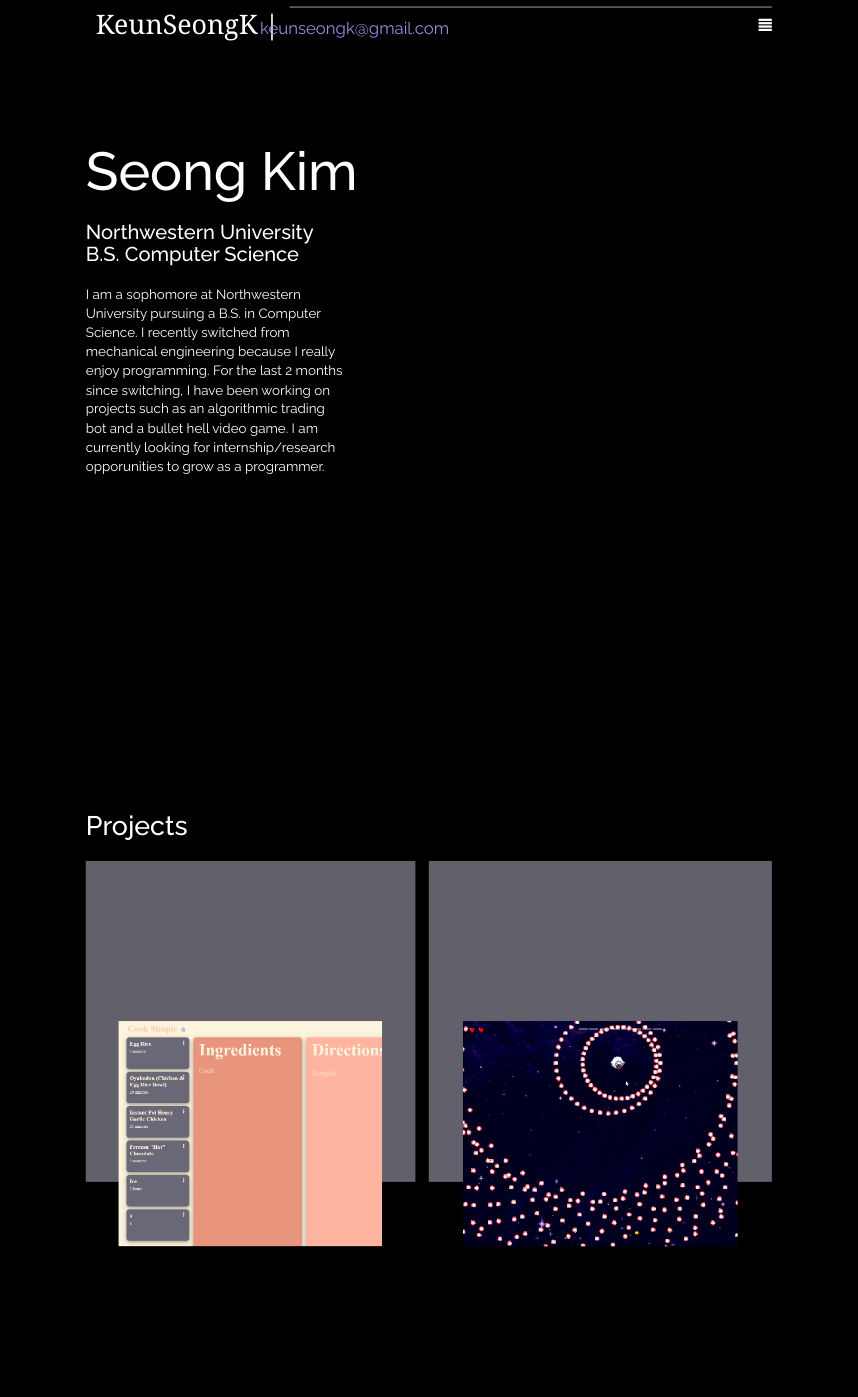
Repository: oqueuo/personal-site
Page: index.html
These files come from the project's save history. The page is drawn as it stood at one moment and after the next save; the edit follows.
The browser window is 1280 px wide. The pictures show the whole page, at 67% of full size.

Above is the page before, as saved 2020-09-21 18:18:04.

After the next save:
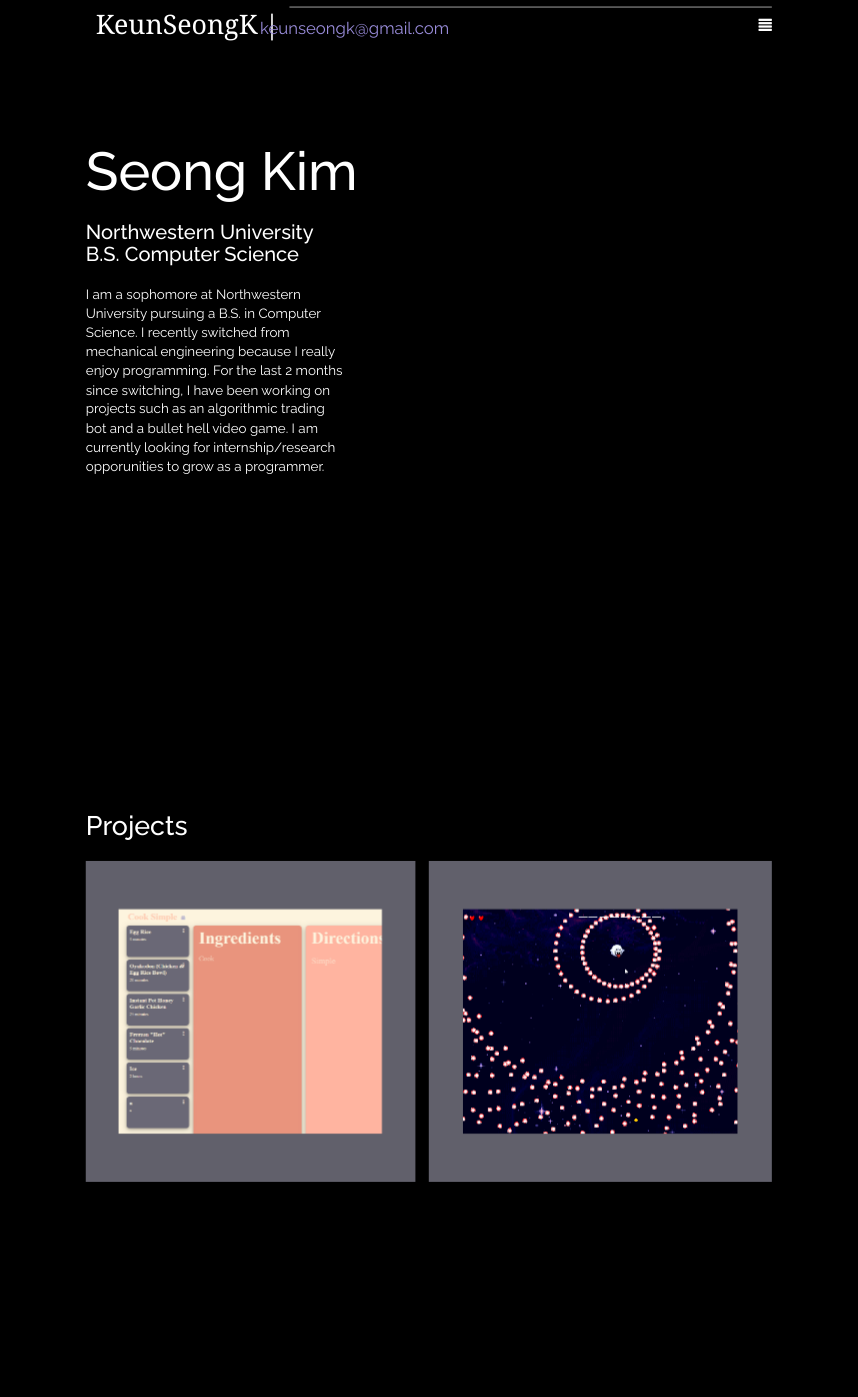
Saved 9 s later.
--- a/styles.css
+++ b/styles.css
@@ -125,7 +125,7 @@ ul a:active, #email:active, .more-info-on-github:active {
 .project-card-content {
     position: absolute;
     left: 10%;
-    top: 50%;
+    top: 15%;
 
     width: 80%;
     height: 70%;
